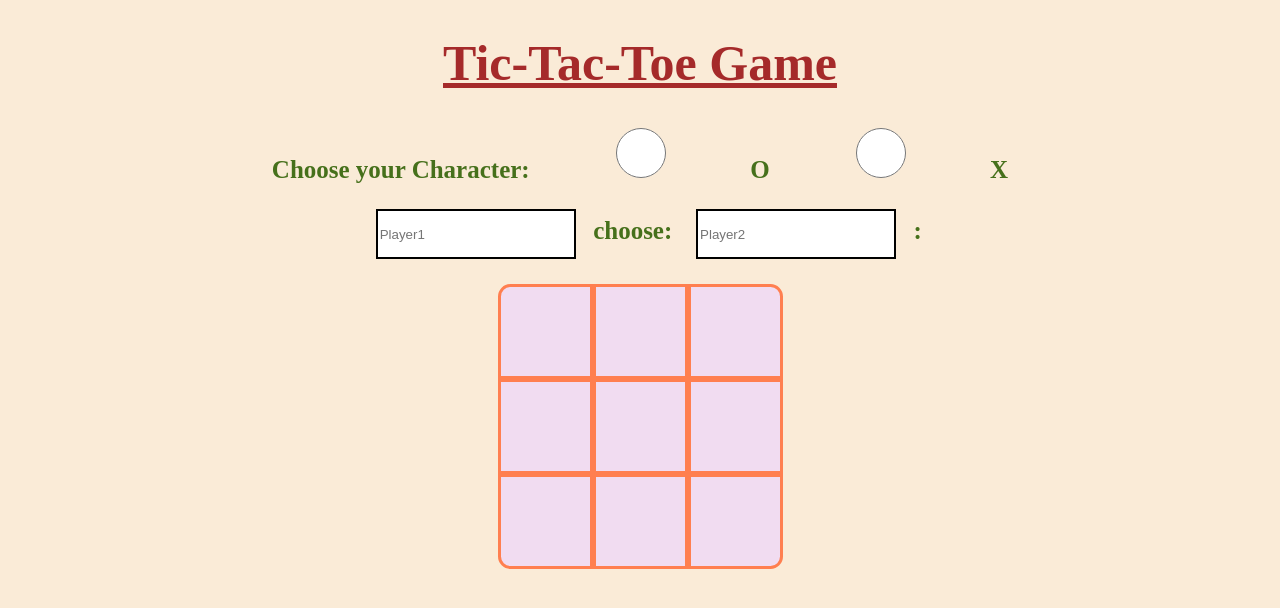
Repository: 0101chaitanya/Tic-Tac-Toe
Page: index.html
An editor plug-in stored every save of this project. The page is shown before and after a run of saves, followed by the edit.
The browser window is 1280 px wide. The pictures show the whole page.

Above is the page before, as saved 2021-06-12 13:52:24.

### index.html
<!DOCTYPE html>
<html>

<head>
    <meta charset="utf-8">
    <title>Tic-Tac-Toe Game</title>
    <meta name="viewport" content="width=device-width, initial-scale=1">

    <link rel="stylesheet" href="styles.css">
</head>

<body>
    <div id='block1'>
        <h1 id="heading">Tic-Tac-Toe Game</h1>
        <form id='form'>
            Choose your Character:
            <input value="O" name="radio" onclick="eventFun.setUser(this)" type="radio">
            <label for="O">O</label>
            <input value="X" name="radio" onclick="eventFun.setUser(this)" type="radio">
            <label for="X">X</label>

        </form>
        <div id="player">
            <input id='p1' type='text' placeholder='Player1'></input>choose:
            <input id='p2' type='text' placeholder='Player2'>:
        </div>

        <form id="gameSquare">
            <section id="row1">
                <div id="r1Column1"></div>
                <div id="rlColumn2"></div>
                <div id="rlColumn3"></div>
            </section>
            <section id="row2">
                <div id="r2Column1"></div>
                <div id="r2Column2"></div>
                <div id="r2Column3"></div>
            </section>
            <section id="row3">
                <div id="r3Column1"></div>
                <div id="r3Column2"></div>
                <div id="r3Column3"></div>
            </section>
        </form>
    </div>
    <div id="ResultBox">
        <span id="closebtn">&times;</span>
        <strong id="resultOut"></strong>
    </div>

</body>
<script type="text/javascript" src="script.js"></script>

</html>

### styles.css
:root {
    text-align: center;
    font-weight: bold;
}

* {
    box-sizing: border-box;
}

@media screen and (max-width: 400px) {
     :root {
        font-size: 14px;
    }
}

@media screen and (min-width: 401px) and (max-width: 700px) {
     :root {
        font-size: 18px;
    }
}

@media screen and (min-width: 701px) {
     :root {
        font-size: 25px;
    }
}

body {
    color: rgb(70, 112, 27);
    background: antiquewhite;
    font-weight: bold;
}

h1 {
    color: brown;
    text-decoration: underline;
    text-decoration-style: solid;
}

label>input {
    color: red;
    border: 1px solid;
}

#player {
    display: block;
    margin: 1rem auto 1rem auto;
    display: flexbox;
}

#player>input {
    margin: auto 0.7rem auto 0.7rem;
}

#gameSquare {
    width: min-content;
    height: min-content;
    display: block;
    margin: auto;
}

#gameSquare>section:nth-child(n) {
    /* border-style: solid;
     */
    width: min-content;
    height: min-content;
    display: flex;
    justify-content: center;
    align-items: center;
}

#gameSquare>section:nth-child(n)>div:nth-child(n) {
    display: flex;
    margin: auto;
    width: 3.8rem;
    height: 3.8rem;
    border-style: solid;
    border-width: 0.15rem;
    justify-content: center;
    align-items: center;
    font-size: 1.8rem;
    color: coral;
    background-color: rgb(241, 220, 241);
}

#gameSquare>section:nth-child(1)>div:nth-child(1) {
    border-top-left-radius: 0.5rem;
}

#gameSquare>section:nth-child(1)>div:nth-child(3) {
    border-top-right-radius: 0.5rem;
}

#gameSquare>section:nth-child(3)>div:nth-child(1) {
    border-bottom-left-radius: 0.5rem;
}

#gameSquare>section:nth-child(3)>div:nth-child(3) {
    border-bottom-right-radius: 0.5rem;
}

#ResultBox {
    height: fit-content;
    width: 13rem;
    display: none;
    margin-left: auto;
    margin-right: auto;
    margin-top: 3rem;
    position: relative;
    top: -12rem;
    border-color: rgb(162, 162, 192);
    background-color: rgb(15, 44, 138);
    color: white;
    opacity: 1;
    transition: opacity 0.6s;
    margin-bottom: 15px;
    border-radius: 1rem;
    padding: 1rem;
    text-align: center;
}

#resultOut {
    color: #f0e0e4;
    font-weight: bold;
}

#closebtn {
    margin-left: 15px;
    color: white;
    font-weight: bold;
    float: right;
    font-size: 22px;
    line-height: 20px;
    cursor: pointer;
    transition: 0.3s;
}

#closebtn:hover {
    color: rgb(38, 170, 82);
}

#player>div:nth-child(1)>input {
    color: aqua;
}

input {
    width: 8rem;
    height: 2rem;
    border: 2px solid;
}

### script.js
"use strict";

let eventFun = (function() {
    let user1Selection, user2Selection, runningCharacter;
    document.getElementById('p1').textContent += ` `;
    document.getElementById('p2').textContent += ` `;

    let runningNumber,
        result;
    let newArray;
    let count;

    let horizontalArray;
    let verticalArray;
    let diagonalArray;
    let array;


    function setUser(given) {
        localStorage.setItem("user1", given.value);

        document.querySelector(`#form`).submit();
    }

    function init() {
        runningNumber = 0;
        user1Selection = localStorage.getItem("user1");
        user2Selection =
            user1Selection != null ? (user1Selection === "X" ? "O" : "X") : null;
        runningCharacter = user1Selection;

        document.getElementById('p1').textContent += ` ` + user1Selection || ' ';
        document.getElementById('p2').textContent += ` ` + user2Selection || ' ';
        array = Array.from(
            document.getElementById("gameSquare").querySelectorAll("div")
        );
        newArray = Array(array.length).fill();
        count = 0;

        horizontalArray = undefined;
        verticalArray = undefined;
        diagonalArray = undefined;
        eventListen();
    }

    if (localStorage.getItem("user1") !== null) {
        init();
    }


    function switchRunChar() {
        runningCharacter = runningCharacter === "O" ? "X" : "O";
        runningNumber = runningNumber === 0 ? 1 : 0;
    }

    function arrayCreator(index, incrementer) {
        return [
            newArray[index],
            newArray[index + incrementer],
            newArray[index + 2 * incrementer],
        ];
    }

    function parser(arrayInput) {
        let arr = arrayInput.map((item, index) => {
            let res = item.reduce((stack, item) => {
                stack += item;
                return stack;
            });
            return res;
        });
        return arr;
    }

    function send(input) {
        let block1 = document.getElementById('block1');
        block1.style.filter = 'blur(0.5rem)';
        document.getElementById('ResultBox').style.display = 'block';
        document.getElementById('resultOut').textContent = input;
        let close = document.getElementById('closebtn');
        close.onclick = function() {
            localStorage.clear();
            //  init();
            document.getElementById('gameSquare').submit();
            let div = this.parentElement;
            div.style.opacity = '0';
            setTimeout(function() {
                document.getElementById('ResultBox').style.display = 'none';
                block1.style.filter = 'blur(0.0rem)';

            }, 60);
        };

    }

    function check(input) {
        input.forEach((item) => {
            if (item === 3) {
                result = item;
                send("Player 2 won");
            } else if (item === 0) {
                result = item;
                send("Player 1 won");
            }
        });
    }

    function checkWin() {
        horizontalArray = [
            arrayCreator(0, 1),
            arrayCreator(3, 1),
            arrayCreator(6, 1),
        ];
        verticalArray = [
            arrayCreator(0, 3),
            arrayCreator(1, 3),
            arrayCreator(2, 3),
        ];
        diagonalArray = [arrayCreator(0, 4), arrayCreator(2, 2)];

        let horizontalParsed = parser(horizontalArray);
        let verticalParsed = parser(verticalArray);

        let diagonalParsed = parser(diagonalArray);
        check(horizontalParsed);
        check(verticalParsed);
        check(diagonalParsed);

        if (count == 8) {
            console.table(horizontalArray, verticalArray, diagonalArray);
            console.table({
                horizontalParsed: horizontalParsed,
                verticalParsed: verticalParsed,
                diagonalParsed: diagonalParsed,
            });
            console.table(newArray);
            if (result == undefined) {
                send("draw");
            }
        }
    }

    let setOutput = function(e, index) {
        e.target.textContent = runningCharacter;
        e.target.removeEventListener("click", (e) => setOutput(e));
        newArray.splice(index, 1, runningNumber);
        switchRunChar();
        checkWin();

        count++;
    };

    function eventListen() {
        array.forEach((item, index) => {
            item.textContent = "";
            item.addEventListener("click", (e) => setOutput(e, index), { once: true });
        });
    }
    return { setUser };
})();

After the next 2 saves:
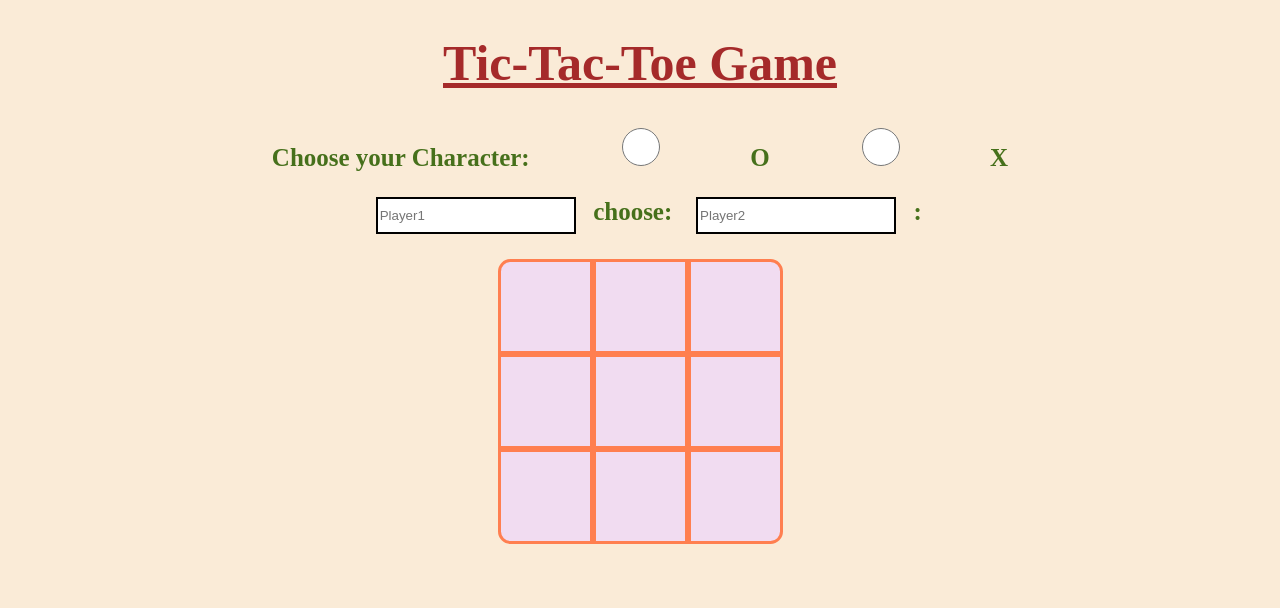
The 2 saves are shown as one change because they came seconds apart.
The last was saved 6 s later.
--- a/styles.css
+++ b/styles.css
@@ -145,6 +145,6 @@ label>input {
 
 input {
     width: 8rem;
-    height: 2rem;
+    height: 1.5rem;
     border: 2px solid;
 }
